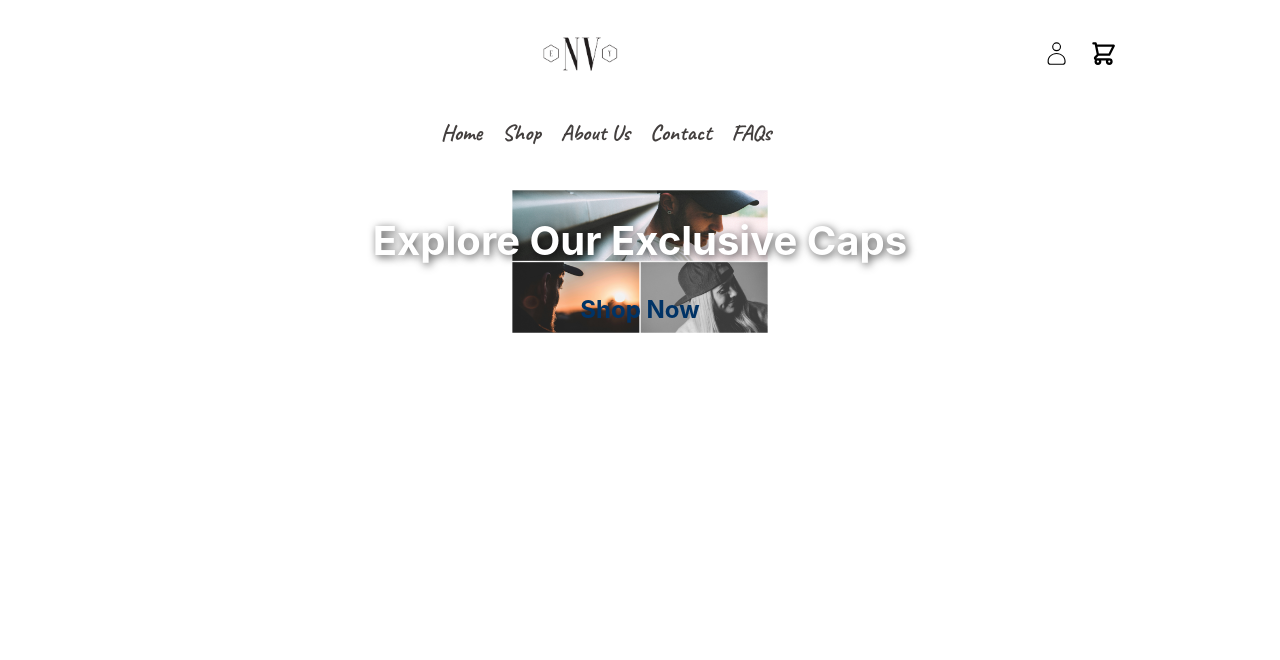
Repository: lasity34/new-envy
Page: / (app in my-new-envy/)
The author's editor kept a copy of each file at every save. The page is drawn from the files as they stood at one save, then again after the next save.
The browser window is 1280 px wide. The pictures show the whole page.
The project was rebuilt for these pictures with package versions that can differ from the ones it lists, and the page was loaded fresh each time.

Above is the page before, as saved 2024-04-22 10:17:13.

### my-new-envy/public/index.html
<!DOCTYPE html>
<html lang="en">
  <head>
    <meta charset="utf-8" />
    <link rel="icon" href="%PUBLIC_URL%/logo.png" />
    <meta name="viewport" content="width=device-width, initial-scale=1" />
    <meta name="theme-color" content="#000000" />
    <meta
      name="description"
      content="Web site created using create-react-app"
    />
    <link rel="apple-touch-icon" href="%PUBLIC_URL%/logo.png" />
    <!--
      manifest.json provides metadata used when your web app is installed on a
      user's mobile device or desktop. See https://developers.google.com/web/fundamentals/web-app-manifest/
    -->
    <link rel="manifest" href="%PUBLIC_URL%/manifest.json" />
    <!--
      Notice the use of %PUBLIC_URL% in the tags above.
      It will be replaced with the URL of the `public` folder during the build.
      Only files inside the `public` folder can be referenced from the HTML.

      Unlike "/favicon.ico" or "favicon.ico", "%PUBLIC_URL%/favicon.ico" will
      work correctly both with client-side routing and a non-root public URL.
      Learn how to configure a non-root public URL by running `npm run build`.
    -->
    <link rel="preconnect" href="https://fonts.googleapis.com">
<link rel="preconnect" href="https://fonts.gstatic.com" crossorigin>
<link href="https://fonts.googleapis.com/css2?family=Crimson+Text:ital,wght@0,400;0,600;0,700;1,400;1,600;1,700&display=swap" rel="stylesheet">
<link href="https://fonts.googleapis.com/css2?family=Caveat:wght@400..700&display=swap" rel="stylesheet">
    <title>Envy</title>
  </head>
  <body>
    <noscript>You need to enable JavaScript to run this app.</noscript>
    <div id="root"></div>
    <!--
      This HTML file is a template.
      If you open it directly in the browser, you will see an empty page.

      You can add webfonts, meta tags, or analytics to this file.
      The build step will place the bundled scripts into the <body> tag.

      To begin the development, run `npm start` or `yarn start`.
      To create a production bundle, use `npm run build` or `yarn build`.
    -->
  </body>
</html>

### my-new-envy/src/App.tsx

import { BrowserRouter as Router } from 'react-router-dom';
import Header from './components/Header';
import HeroBanner from './components/HeroBanner';

function App() {
  return (
    <Router>
      <div className="App">

          <Header />
          <HeroBanner />
      </div>
    </Router>
  );
}

export default App;

### my-new-envy/src/components/Header.tsx
import styled from "styled-components";
import { Link } from "react-router-dom";
import { CiUser } from "react-icons/ci";
import { HiOutlineShoppingCart } from "react-icons/hi";

// Define basic styled components
const HeaderContainer = styled.header`
font-family: "Caveat", cursive;
  color: black;
  padding: 20px 40px; // Adjust the padding to match the spacing in the screenshot
  display: flex;
  justify-content: space-between; // Align items to the start and end of the header
  align-items: center; // Center items vertically
  flex-direction: column;
`;

const BannerContainer = styled.div`
  display: flex;
  justify-content: space-between;
  width: 100%;
`;

const SearchContainer = styled.div`
  width: 20%;
`;

const LogoContainer = styled.div`
  display: flex;
  justify-content: center;
  align-items: center;
  width: 35%;
`;

const AccountCartContainer = styled.div`
  display: flex;
  justify-content: center;
  align-items: center;
  list-style: none;
  width: 30%;
`;

const Nav = styled.nav`
  width: 100%;
  display: flex;
  justify-content: center;
  margin-right: 8em;

`;

const NavLinks = styled.ul`
  list-style: none;
  display: flex;
  font-size: 1.4rem;
`;

const IconNavLinks = styled.ul`
  display: flex;
  justify-content: center;
  width: 70%;
`;

const IconNavLink = styled.li`
  list-style: none;
  color: black;

  a {
    color: black;
    text-decoration: none;
    font-size: 1.7rem;
    padding: 0 10px;

    &:hover {
      color: black; // Change color on hover
    }
  }
`;


const NavLink = styled.li`
  position: relative;
  margin-left: 20px;

  a {
    color: #433f3e;
    text-decoration: none;
    font-weight: bold;
    display: inline-block;
    position: relative;

    &::after {
      content: '';
      position: absolute;
      bottom: -5px; // Distance from the bottom of the link text
      left: 0;
      right: 0;
      width: 0; // Start with no width
      height: 2px;
      background-color: black;
      transition: width 0.5s ease, left 0.5s ease; // Animate the width and left position
      transform: translateX(-50%);
    }

    &:hover::after {
      width: 100%; // Full width on hover
      left: 50%; // Centering it with the left position during hover
      transform: translateX(-50%); // Ensure it grows from the center
    }
  }
`;

const CapImage = styled.img`
  width: 100px;
`;

// Simplified Header component
const Header = () => {
  return (
    <HeaderContainer>
      <BannerContainer>
        <SearchContainer></SearchContainer>

        <LogoContainer>
          <Link to="/">
            <CapImage src="images/logo.png" alt="Queue" />
          </Link>
        </LogoContainer>

        <AccountCartContainer>
          <IconNavLinks>
            <IconNavLink>
              <Link to="/account">
                <CiUser />
              </Link>
            </IconNavLink>
            <IconNavLink>
              <Link to="/cart">
                <HiOutlineShoppingCart />
              </Link>
            </IconNavLink>
          </IconNavLinks>
        </AccountCartContainer>
      </BannerContainer>
      <Nav>
        <NavLinks>
          <NavLink>
            <Link to="/">Home</Link>
          </NavLink>
          <NavLink>
            <Link to="/shop">Shop</Link>
          </NavLink>
          <NavLink>
            <Link to="/about">About Us</Link>
          </NavLink>
          <NavLink>
            <Link to="/contact">Contact</Link>
          </NavLink>
          <NavLink>
            <Link to="/faq">FAQs</Link>
          </NavLink>
        </NavLinks>
      </Nav>
    </HeaderContainer>
  );
};

export default Header;

### my-new-envy/src/components/HeroBanner.tsx

import styled from 'styled-components';
import { Link } from 'react-router-dom';

const BannerContainer = styled.div`
  background-image: url('images/hero-background.png');

  background-size: contain;
  background-repeat: no-repeat;
  background-position: center;
  display: flex;
  justify-content: center;
  align-items: center;
  flex-direction: column;
  text-align: center;
  color: white;
`;


const Tagline = styled.h1`
  font-size: 2.5rem;
  margin-bottom: 20px;
  text-shadow: 2px 2px 8px rgba(0,0,0,0.7); // Enhances legibility over the hero image
`;

const ShopButton = styled(Link)`
  padding: 10px 20px;

  color: #003366; // Deep blue
  font-size: 1.5rem;
  font-weight: bold;
  border: none;
  border-radius: 5px;
  text-decoration: none;

  &:hover {
    background-color: #f1c40f;
    color: #fff;
  }
`;

const HeroBanner = () => {
  return (
    <BannerContainer>
      <Tagline>Explore Our Exclusive Caps</Tagline>
      <ShopButton to="/shop">Shop Now</ShopButton>
    </BannerContainer>
  );
};

export default HeroBanner;

Loaded but not shown: my-new-envy/src/index.tsx (common file); my-new-envy/src/index.css (common file); my-new-envy/src/reportWebVitals.ts (common file)

After the next save:
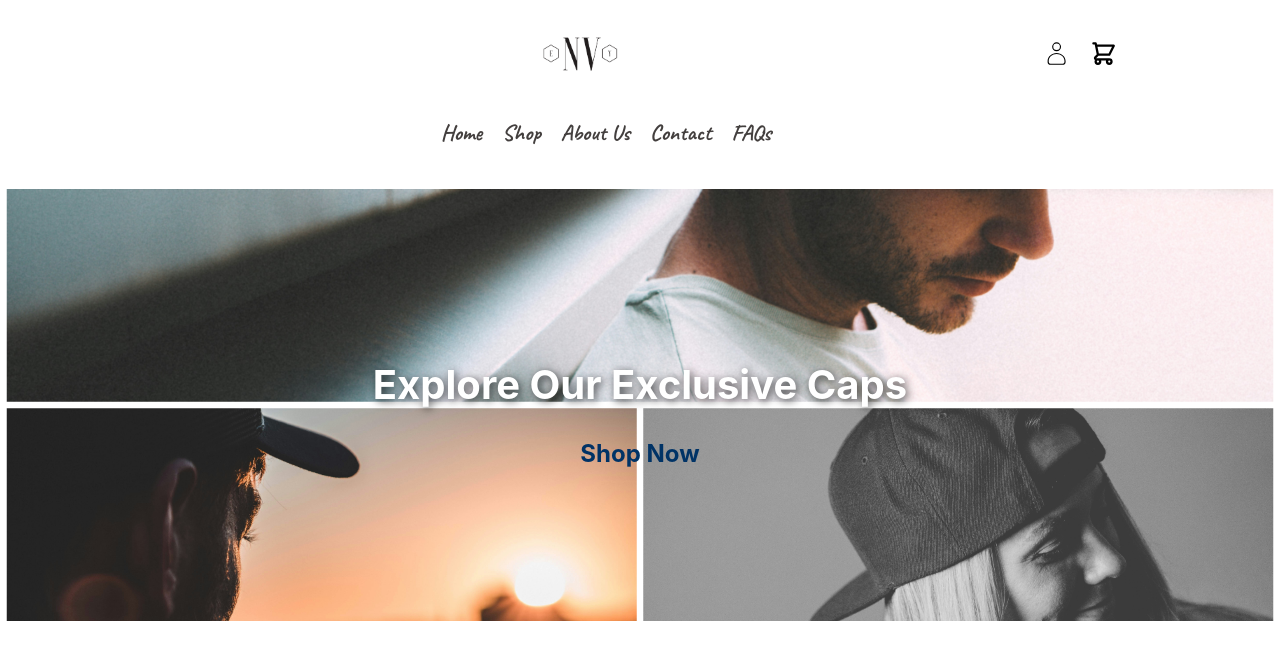
Saved 86 s later.
--- a/my-new-envy/src/components/HeroBanner.tsx
+++ b/my-new-envy/src/components/HeroBanner.tsx
@@ -3,19 +3,20 @@ import styled from 'styled-components';
 import { Link } from 'react-router-dom';
 
 const BannerContainer = styled.div`
+  width: 100vw; // Ensures it takes the full viewport width
+  height: 60vh; // You can adjust the height as needed
   background-image: url('images/hero-background.png');
-
-  background-size: contain;
+  background-size: cover; // Cover the entire area of the div
   background-repeat: no-repeat;
-  background-position: center;
+  background-position: center center; // Centers the background image
   display: flex;
   justify-content: center;
   align-items: center;
   flex-direction: column;
   text-align: center;
   color: white;
+  position: relative; // Added to ensure it positions relative to the viewport if needed
 `;
-
 
 const Tagline = styled.h1`
   font-size: 2.5rem;
